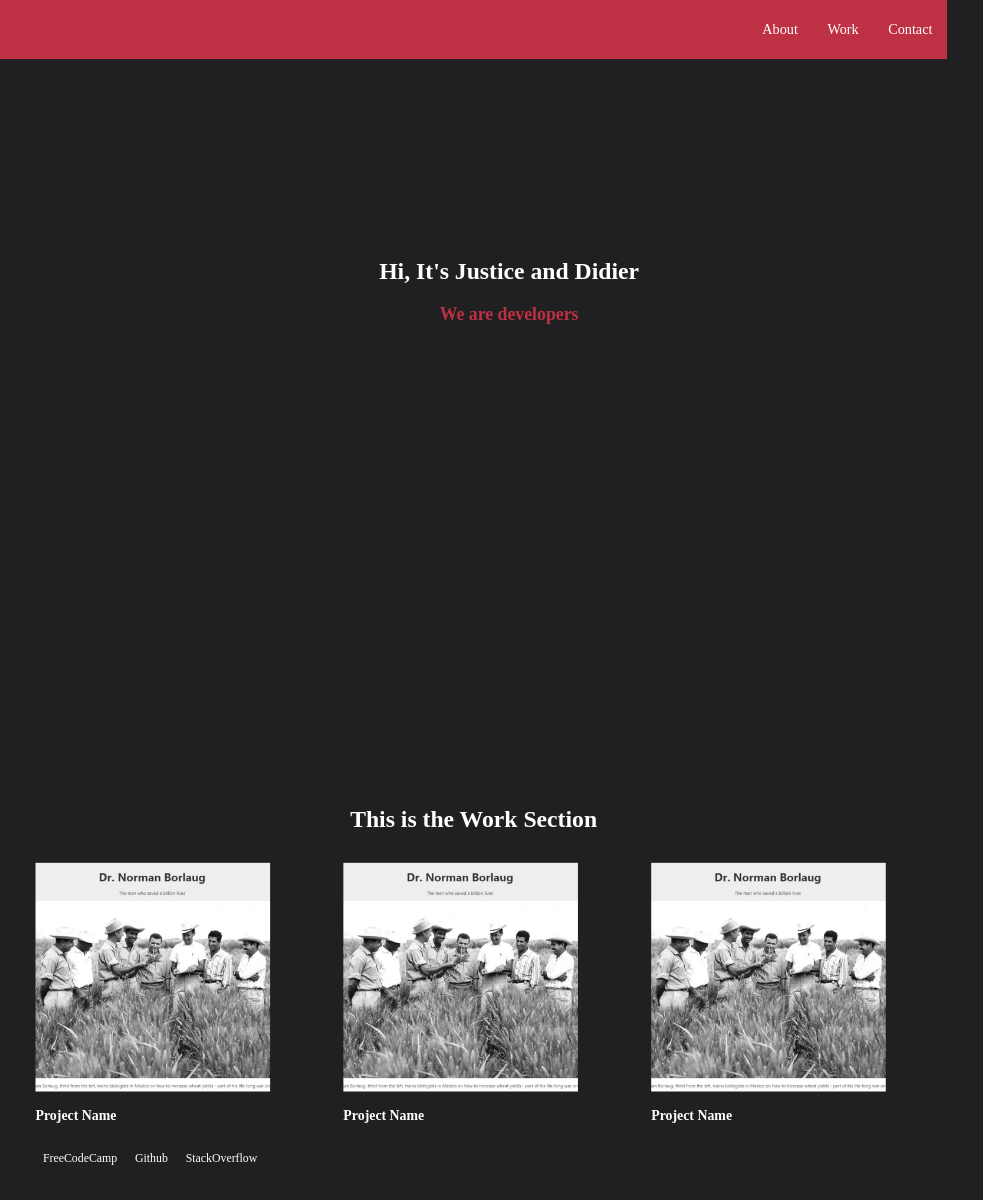
Repository: justicebhekani88/microverse_portfolio_project
Page: index.html
The author's editor kept a copy of each file at every save. The page is drawn from the files as they stood at one save, then again after the next save.
The browser window is 1280 px wide. The page is 1328 px wide, so the pictures cover 1328 px, including what lies to the right of the window. The pictures show the whole page, at 74% of full size.

Above is the page before, as saved 2022-07-21 15:22:13.

After the next save:
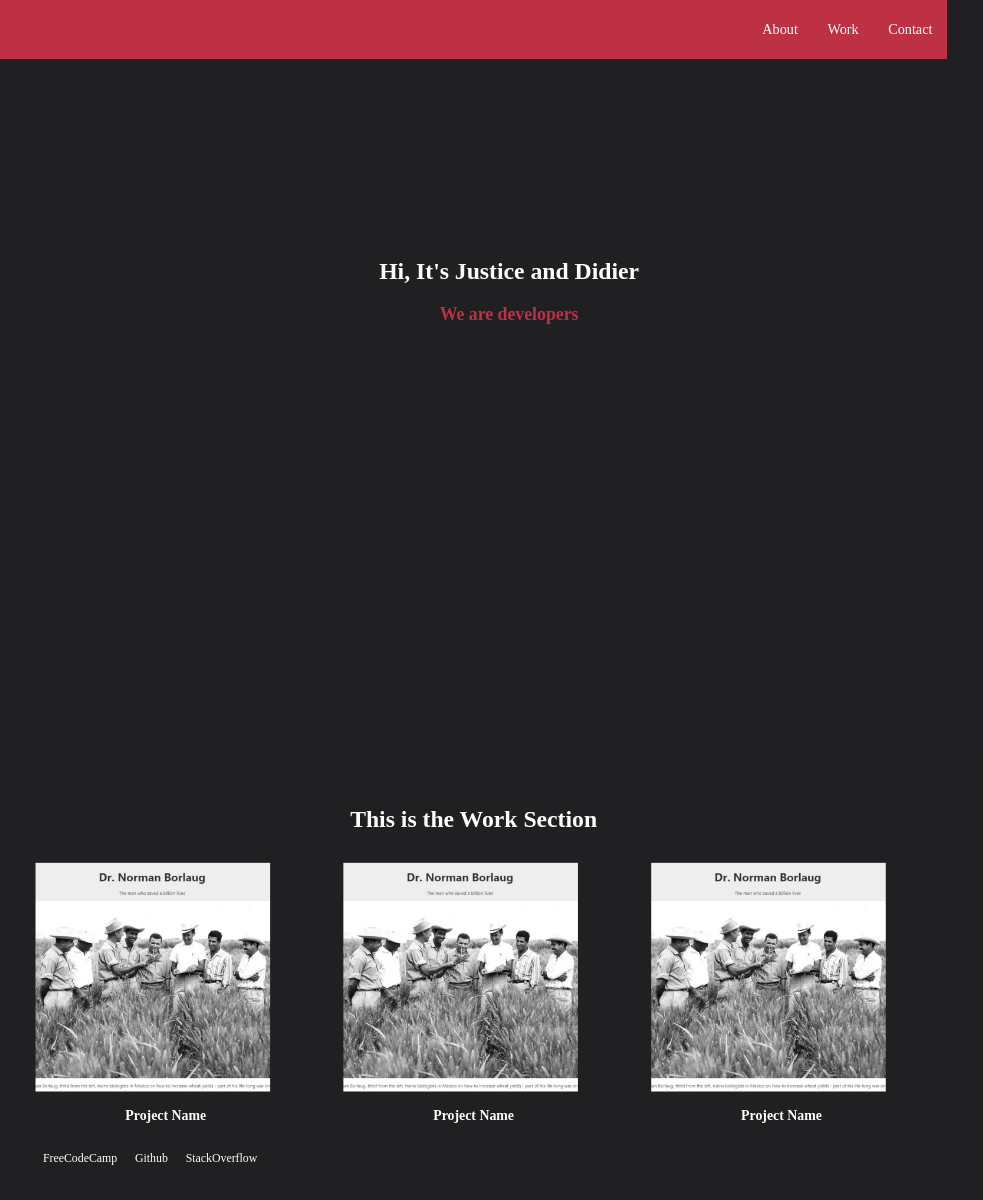
Saved 41 s later.
--- a/style.css
+++ b/style.css
@@ -46,6 +46,10 @@ h2 {
     font-size: 1.5rem;
 }
 
+h3 {
+    text-align: center;
+}
+
 #welcome-text {
     margin: 300px 30%;
     text-align: center;
